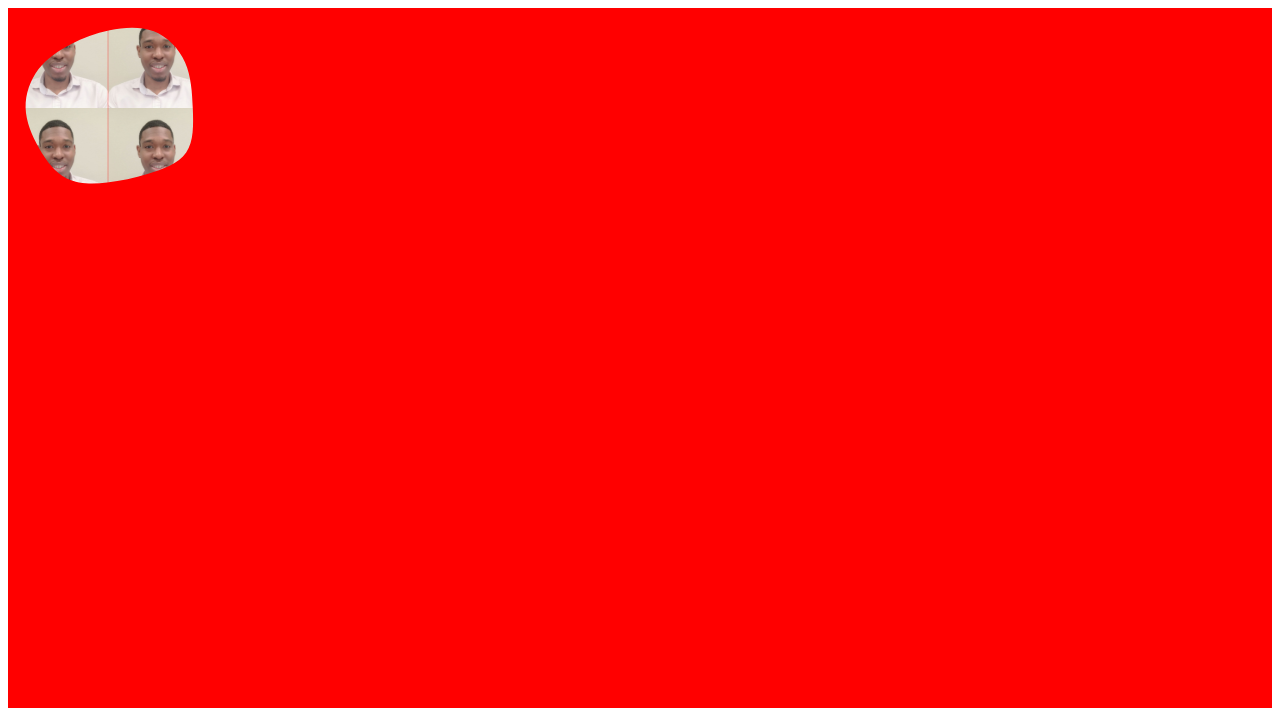
Repository: DNoel26/My_Dev_Portfolio
Page: index.html
These files come from the project's save history. The page is drawn as it stood at one moment and after the next save; the edit follows.
The browser window is 1280 px wide. The pictures show the whole page.

Above is the page before, as saved 2021-01-23 03:37:06.

After the next save:
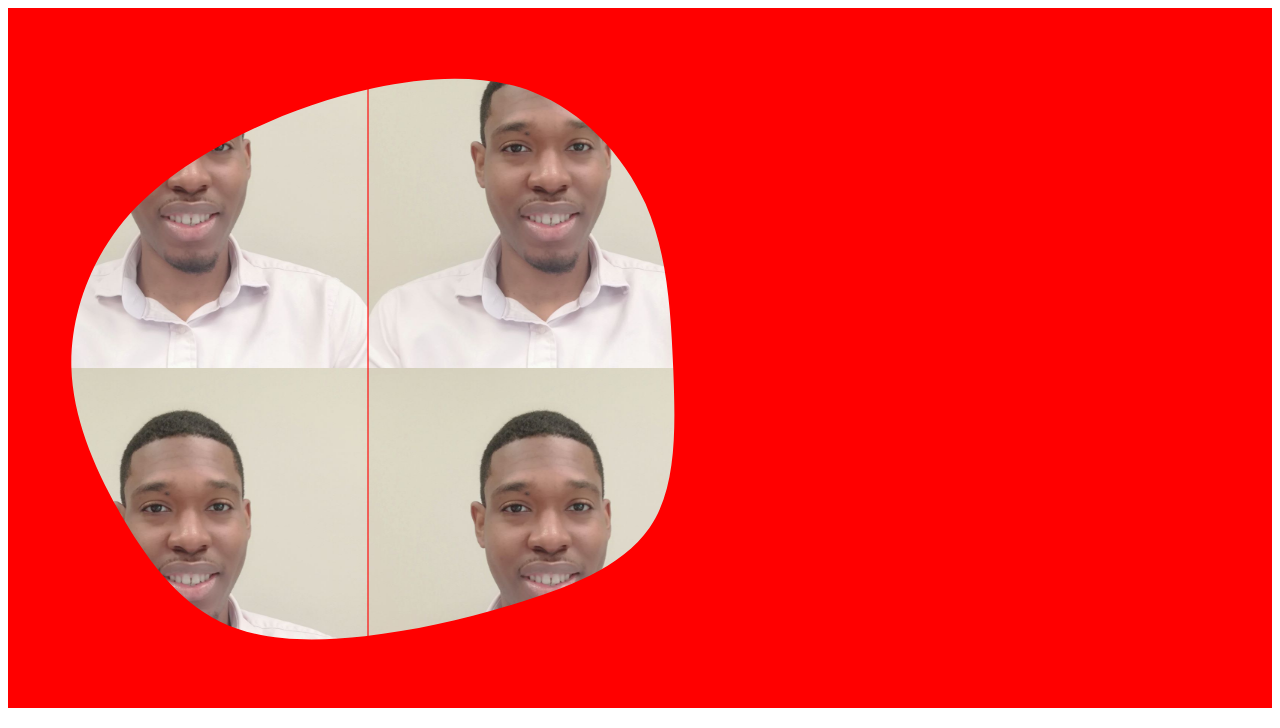
Saved 5 s later.
--- a/css/style.css
+++ b/css/style.css
@@ -10,5 +10,5 @@
 
 svg {
     height: 100%;
-    pos
+    position: absolute;
 }

After the save that followed:
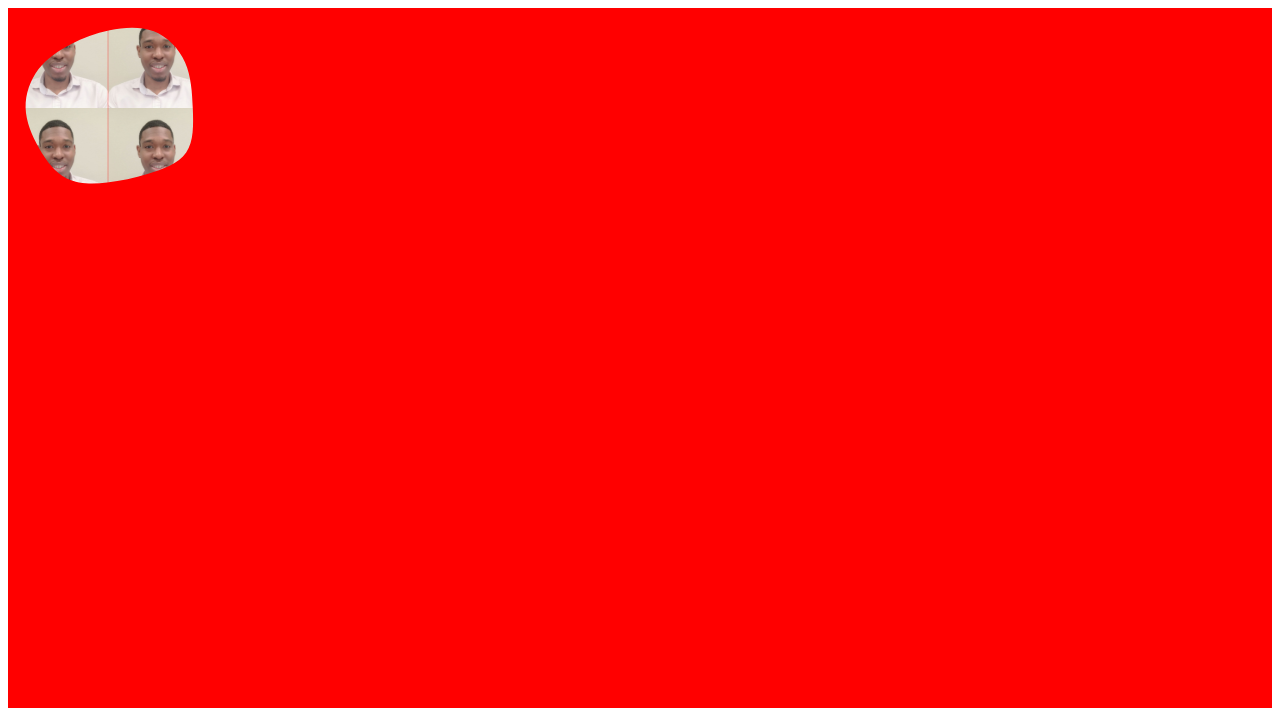
Saved 4 min 49 s later.
--- a/css/style.css
+++ b/css/style.css
@@ -10,5 +10,5 @@
 
 svg {
     height: 100%;
-    position: absolute;
+    fill
 }
